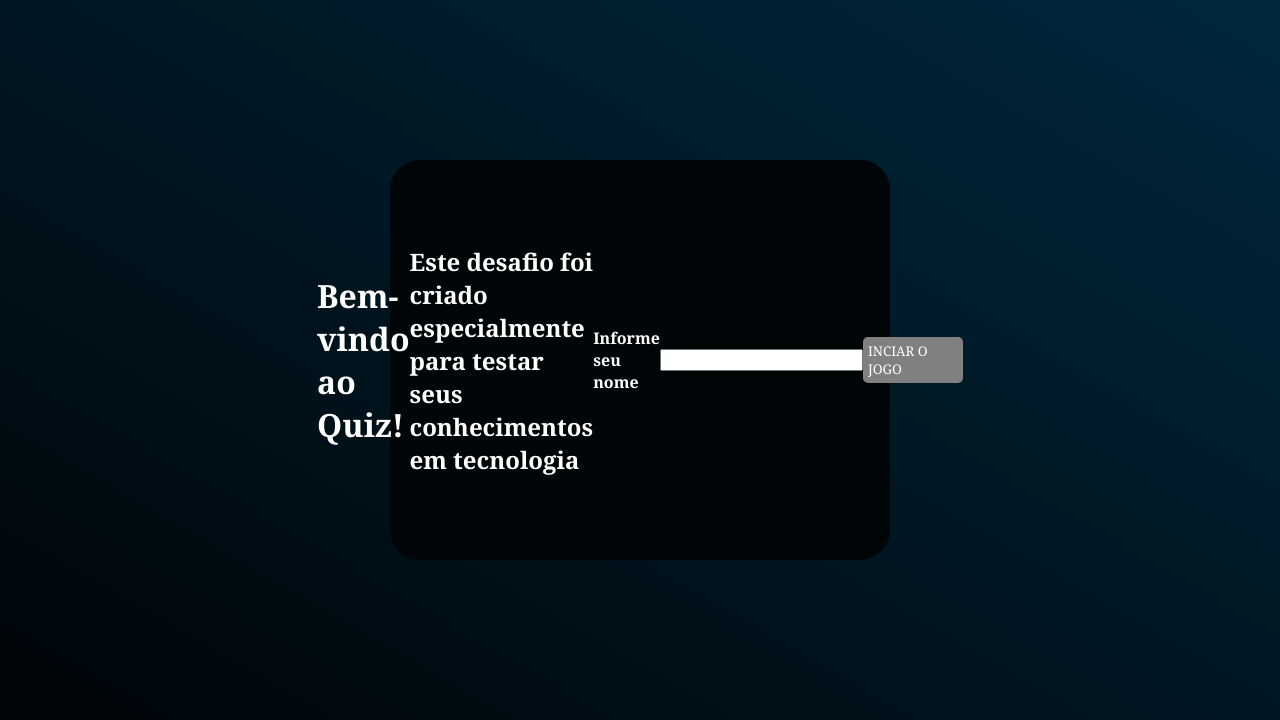
Repository: LaisSilvaO/Projeto-Quizz
Page: telas/apresentação.html
The author's editor kept a copy of each file at every save. The page is drawn from the files as they stood at one save, then again after the next save.
The browser window is 1280 px wide. The pictures show the whole page.

Above is the page before, as saved 2024-12-25 18:51:36.

### telas/apresentação.html
<!DOCTYPE html>
<html lang="pt-br">

<head>
    <meta charset="UTF-8">
    <meta name="viewport" content="width=device-width, initial-scale=1.0">
    <title>Quiz</title>
    <link rel="stylesheet" href="../img/tela.css">
</head>

<body>
    <div class="box1">
        <div class="box2">
            <H1> Bem-vindo ao Quiz!</H1>

            <h2>Este desafio foi criado especialmente para testar seus conhecimentos em tecnologia


            </h2>
            <h4>Informe seu nome </h4>
            <input type="text" id="nome">
            <A href="index.html">
                <h4><button>INCIAR O JOGO</button></h4>
            </A>
        </div>
    </div>

</body>

</html>

### img/tela.css
* {
  margin: 0;
  padding: 0;
  box-sizing: border-box;
  font-family: Cambria, Cochin, Georgia, Times, 'Times New Roman', serif;
}

body {
  height: 100vh;
  display: flex;
  justify-content: center;
  flex-direction: column;
  flex-wrap: wrap;
  align-items: center;
  gap: 5px;
  background: linear-gradient(210deg, #00283d, #000508)
}

main {
  background-color: white;
  padding: 10px;
  border-radius: 10px;
  width: 100%;
  max-width: 600px;
  min-height: 400px;
  display: flex;
  align-items: center;
  justify-content: center;
}

.content {
  display: flex;
  flex-direction: column;
  width: 100px;
  gap: 10px;
}

.qtddquestao {
  text-align: end;
}

.resposta {
  display: flex;
  flex-direction: column;
  gap: 5px;
}

button {
  width: 100px;
  text-align: start;
  padding: 5px;
  border: none;
  border-radius: 5px;
  cursor: pointer;
  background-color: grey;
  color: white;
}

.final {
  display: none;
  flex-direction: column;
  gap: 10px;
}

.box1 {
  display: flex;
  width: 100%;
  height: 100hv;
  justify-content: center;
  align-items: center;
}

.box2 {
  color: white;
  position: relative;
  width: 500px;
  height: 400px;
  background-color: #000508;
  border-radius: 30px;
  display: flex;

  justify-content: center;
  align-items: center;
}

After the next save:
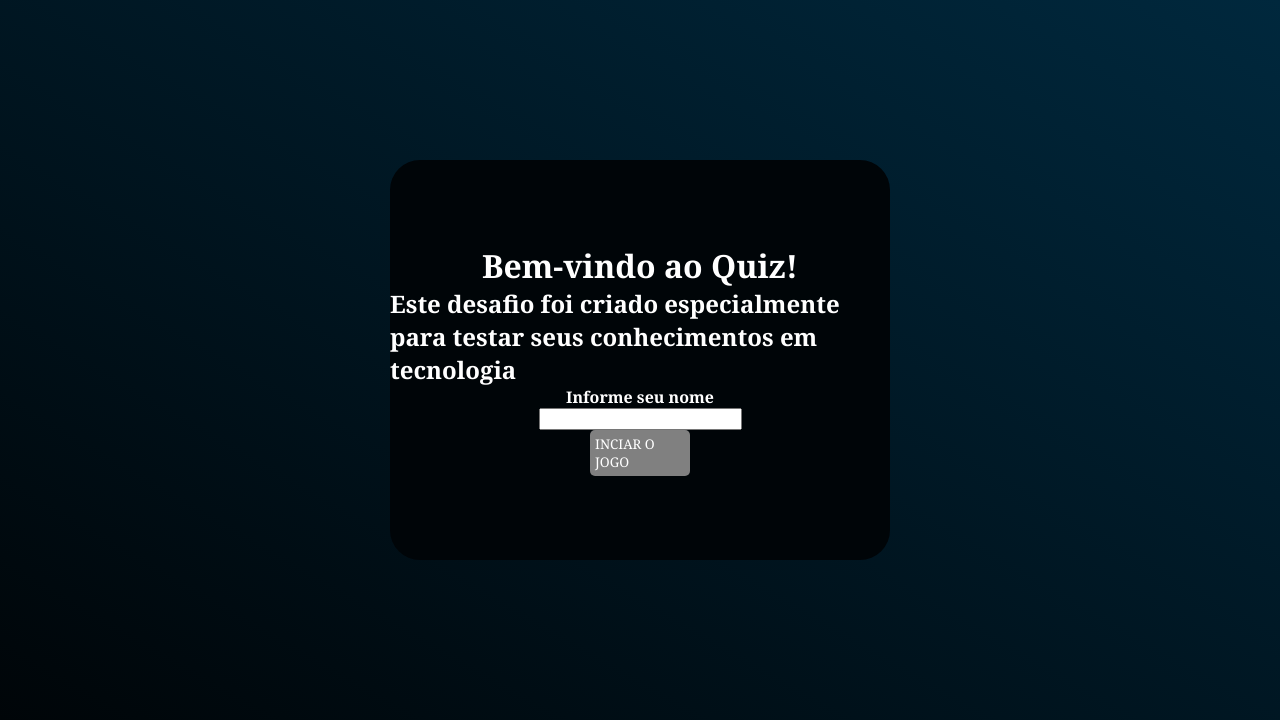
Saved 117 s later.
--- a/img/tela.css
+++ b/img/tela.css
@@ -81,4 +81,5 @@ button {
 
   justify-content: center;
   align-items: center;
+  flex-direction: column
 }
